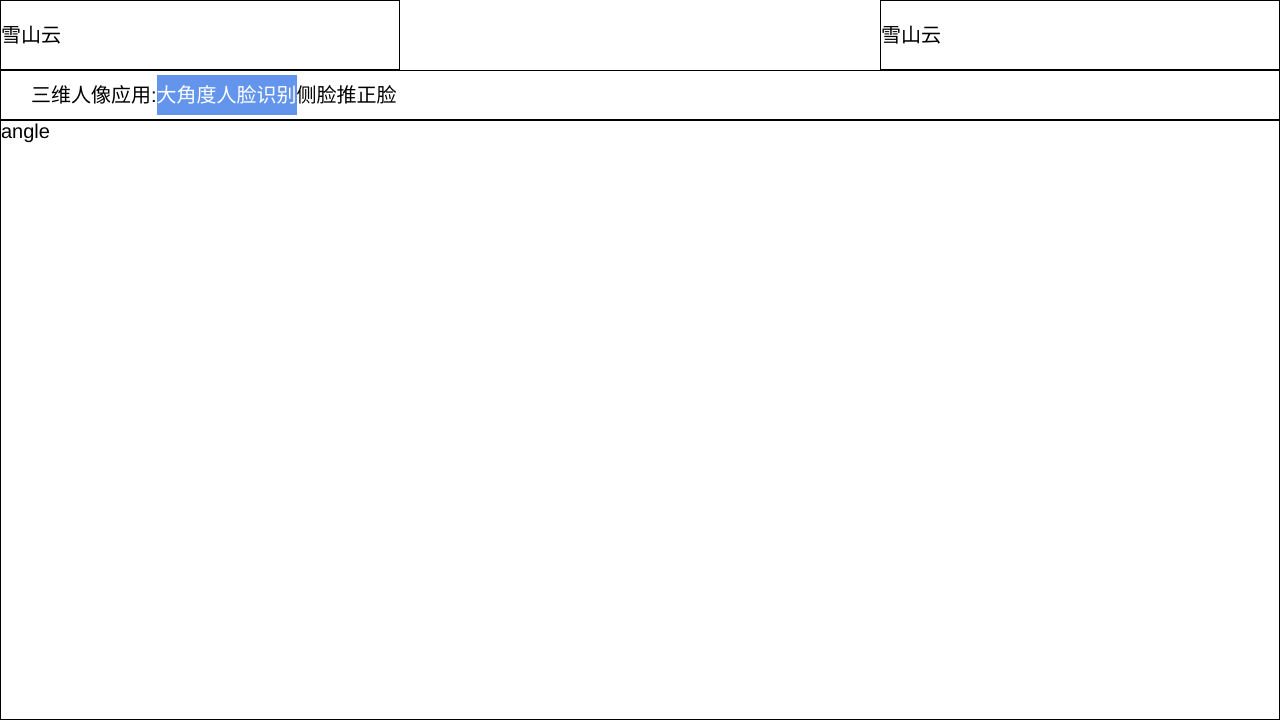
Repository: fyt2020/pubilcDemlo
Page: /
An editor plug-in stored every save of this project. The page is shown before and after the next save, followed by the edit.
The browser window is 1280 px wide. The pictures show the whole page.
The project was rebuilt for these pictures with package versions that can differ from the ones it lists, and the page was loaded fresh each time.

Above is the page before, as saved 2020-04-27 12:14:28.

### index.html
<!DOCTYPE html>
<html>
  <head>
    <meta charset="utf-8">
    <meta name="viewport" content="width=device-width,initial-scale=1.0">
    <title>pubilcdemo</title>
    <script src="./static/config.js"></script>
    <script src="./static/main.js"></script>
  </head>
  <body>
    <div id="app"></div>
    <!-- built files will be auto injected -->
  </body>
</html>

### src/main.js
// The Vue build version to load with the `import` command
// (runtime-only or standalone) has been set in webpack.base.conf with an alias.
import Vue from 'vue'
import App from './App'
import router from './router'
import '@/assets/css/reset.css'
import axios from '@/plugins/axios';

Vue.config.productionTip = false
Vue.prototype.$http = axios;
/* eslint-disable no-new */
new Vue({
  el: '#app',
  router,
  components: { App },
  template: '<App/>'
})

### src/router/index.js
import Vue from 'vue'
import Router from 'vue-router'
import Home from '@/pages/Home'

Vue.use(Router)

export default new Router({
  linkExactActiveClass: "exactActive",
  linkActivesClass: "active",
  routes: [
    {
      path: '/',
      name: 'home',
      component: Home,
      meta:{
        needTooken:false
      },
      redirect:'/bigAngle',
      children:[
        {
          path: 'bigAngle',
          name: 'bigAngle',
          component: () => import("@/pages/bigAngle"),
          meta:{
            needTooken:false
          },

        },
        {
          path: 'face',
          name: 'face',
          component: () => import("@/pages/face"),
          meta:{
            needTooken:false
          },

        }

      ]
    }
  ]
})

### src/assets/css/reset.css
@charset "UTF-8";
/**
 * @desc pc端常用reset.css
 * @author archer
 * @date 2018-08-26
 */
html,body,div,p,ul,li,dl,dt,dd,em,i,span,a,img,input,h1,h2,h3,h4,h5,nav,section,footer,header,table,tr,th,td,ul,li{margin:0;padding:0;box-sizing: border-box;}
h1,h2,h3,h4,h5,h6{font-weight:normal}
i,em,b{font-style:normal}
article,aside,details,figcaption,figure,footer,header,menu,nav,section {display: block;}
a,img,input {border:none;}
a {text-decoration:none;}
a:hover, a:active {outline: none;}
ul,li{list-style: none}
button,input,select,textarea{font-size:100%;outline:none}
table{border-collapse:collapse;border-spacing:0}
html, body {width: 100%;height: 100%;}
body{font-family:"Helvetica Neue",Helvetica, Arial,sans-serif; font-size: 14px;line-height:1}

### src/pages/Home.vue
<template>
  <div class="home">
     <!-- vue -->

      <div class="header">

           <div class="header__left">
                <img src="" alt="">
                <span>雪山云</span>
           </div>
           <div class="header__right">
                <span>雪山云</span>
           </div>
      </div>
      <div class="navigation">
            <span>三维人像应用:</span>
            <router-link tag="li" :to="{name:'bigAngle'}" class="navigation__item">大角度人脸识别</router-link>
            <router-link tag="li" :to="{name:'face'}">侧脸推正脸</router-link>
      </div>

      <div class="content">
              <router-view />
      </div>

  </div>
</template>

<script>
export default {
  data() {
    return {};
  },
  computed: {},
  created() {

  },
  mounted() {

  },
  methods: {

  },
  components: {}
};
</script>

<style lang="scss" scoped>
@import "@/assets/css/home.scss";
</style>

### src/pages/bigAngle.vue
<template>
    <div>
        angle
    </div>
</template>

<script>
export default {
    props: {

    },
    data() {
        return {

        };
    },
    computed: {

    },
    created() {

    },
    mounted() {

    },
    watch: {

    },
    methods: {

    },
    components: {

    },
};
</script>

<style scoped lang="scss">

</style>

### src/assets/css/home.scss
.home{
    font-size: 20px;
    width: 100vw;
    height: 100vh;
    // background-color: #000;
    .header{

        width: 100%;
        height: 70px;
        // border: 1px solid black;
        display: flex;
        align-items: center;
        justify-content: space-between;
        .header__left{
            height: 100%;
            border: 1px solid black;
            width: 400px;
            display: flex;
            align-items: center;
        }
        .header__right{
            height: 100%;
            width: 400px;
            border: 1px solid black;
            display: flex;
            align-items: center;
        }
    }
    .navigation{
        width: 100%;
        height: 50px;
        border: 1px solid black;
        display: flex;
        align-items: center;
        box-sizing: border-box;
        padding: 0 30px;
        &__item.exactActive{
             display: flex;
             height: 40px;
             line-height: 40px;

             background-color: cornflowerblue;
             color: #fff;
        }
    }
    .content{
        height: calc(100% - 120px);
        width: 100%;
        border: 1px solid black;
    }
}

### static/config.js
window.BASEURL = {
};

Loaded but not shown: src/App.vue (common file); src/plugins/axios.js (library)

After the next save:
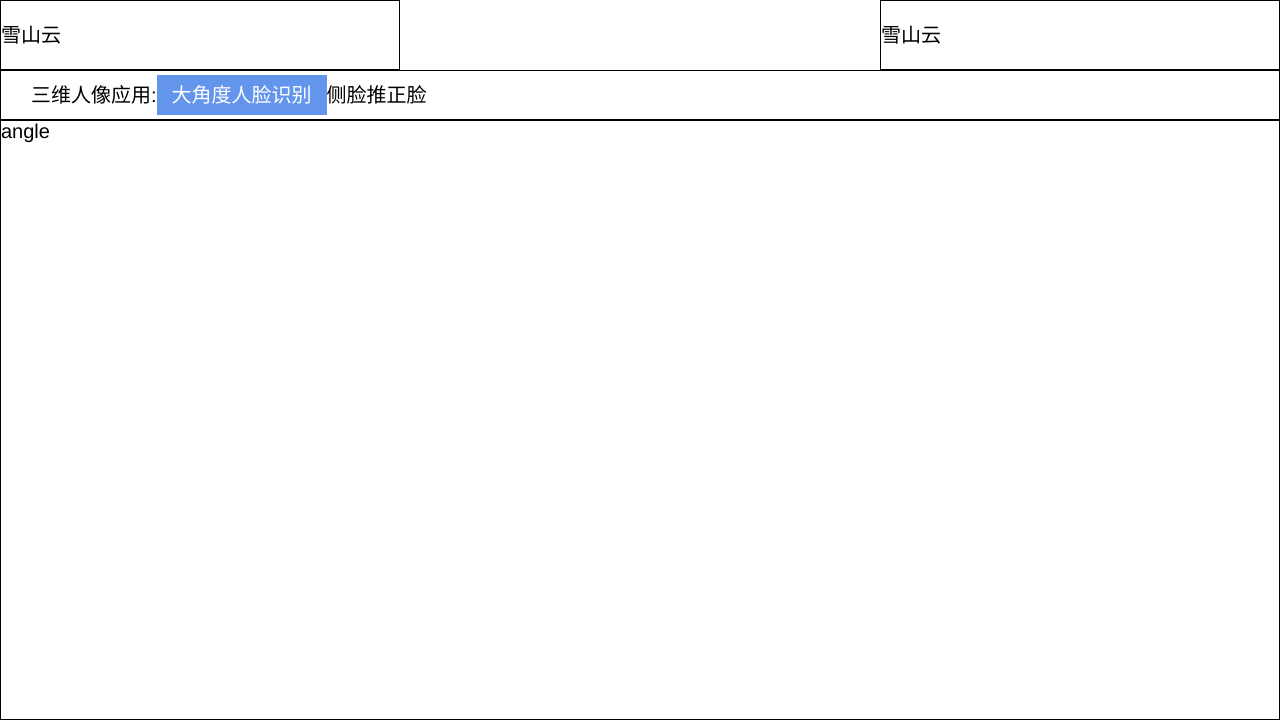
Saved 21 s later.
--- a/src/assets/css/home.scss
+++ b/src/assets/css/home.scss
@@ -38,6 +38,8 @@
              display: flex;
              height: 40px;
              line-height: 40px;
+             box-sizing: border-box;
+             padding: 0 15px;
 
              background-color: cornflowerblue;
              color: #fff;
